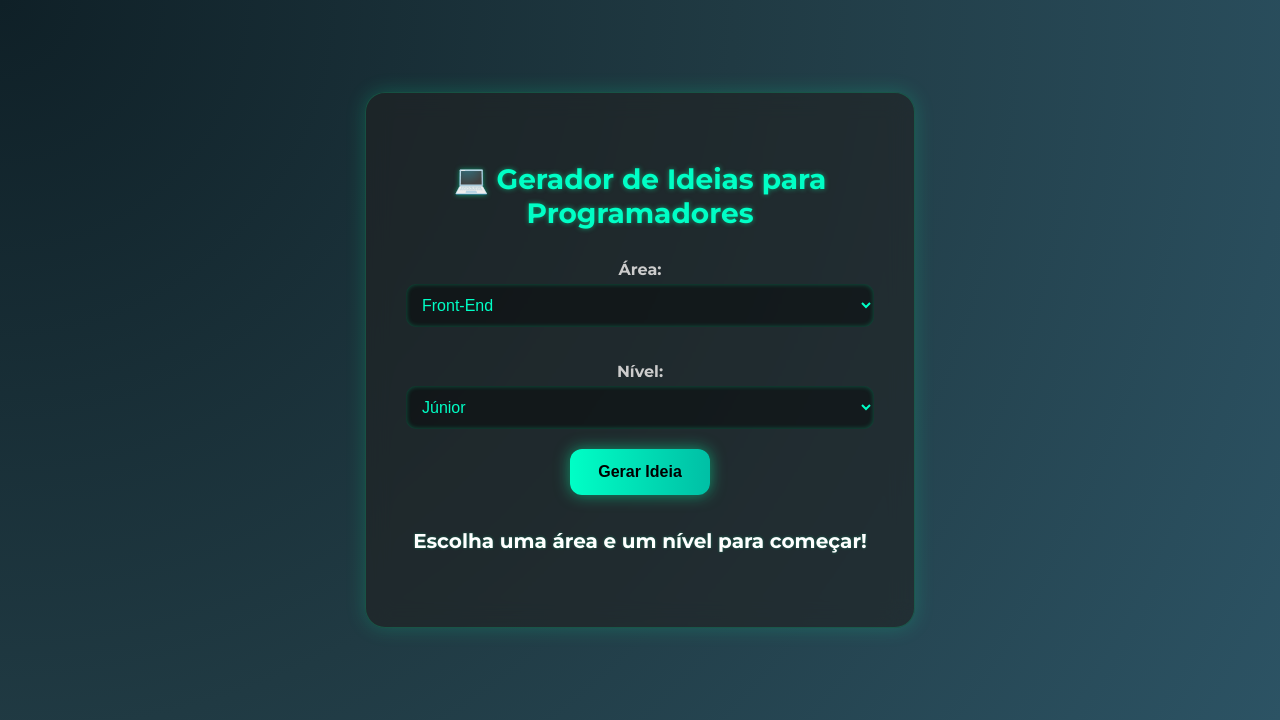
Repository: Wbyh7z/gerador-de-projeto
Page: index.html
An editor plug-in stored every save of this project. The page is shown before and after the next save, followed by the edit.
The browser window is 1280 px wide. The pictures show the whole page.

Above is the page before, as saved 2025-08-08 15:39:29.

### index.html
<!DOCTYPE html>
<html lang="pt-BR">
<head>
  <meta charset="UTF-8">
  <title>Gerador de Ideias para Devs</title>
  <link rel="stylesheet" href="style.css">
</head>
<body>
  <div class="container">
    <h1>💻 Gerador de Ideias para Programadores</h1>

    <label for="area">Área:</label>
    <select id="area">
      <option value="frontend">Front-End</option>
      <option value="backend">Back-End</option>
      <option value="fullstack">Full Stack</option>
    </select>

    <label for="nivel">Nível:</label>
    <select id="nivel">
      <option value="junior">Júnior</option>
      <option value="pleno">Pleno</option>
      <option value="senior">Sênior</option>
    </select>

    <button onclick="gerarIdeia()">Gerar Ideia</button>
    <p id="ideia">Escolha uma área e um nível para começar!</p>
  </div>

  <script src="script.js"></script>
</body>
</html>

### style.css
@import url('https://fonts.googleapis.com/css2?family=Montserrat:wght@400;700&display=swap');

* {
  box-sizing: border-box;
}

body {
  font-family: 'Montserrat', sans-serif;
  margin: 0;
  height: 100vh;
  display: flex;
  justify-content: center;
  align-items: center;
  background: radial-gradient(circle at top left, #0f2027, #203a43, #2c5364);
  color: #e0e0e0;
}

.container {
  background: rgba(32, 32, 32, 0.6);
  backdrop-filter: blur(12px);
  border-radius: 20px;
  padding: 50px 40px;
  box-shadow: 0 0 20px rgba(0, 255, 170, 0.2);
  text-align: center;
  max-width: 550px;
  width: 90%;
  transition: all 0.3s ease;
  border: 1px solid rgba(0, 255, 170, 0.2);
}

h1 {
  font-size: 28px;
  font-weight: 700;
  margin-bottom: 30px;
  color: #00ffc6;
  text-shadow: 0 0 5px rgba(0, 255, 170, 0.5);
}

label {
  display: block;
  margin: 15px 0 5px;
  font-weight: 600;
  font-size: 16px;
  color: #ccc;
}

select {
  width: 100%;
  padding: 12px;
  font-size: 16px;
  border-radius: 10px;
  border: none;
  margin-bottom: 20px;
  background-color: rgba(0, 0, 0, 0.4);
  color: #00ffc6;
  box-shadow: inset 0 0 5px rgba(0, 255, 170, 0.3);
  transition: background-color 0.3s ease;
}

select:focus {
  outline: none;
  background-color: rgba(0, 255, 170, 0.1);
}

button {
  padding: 14px 28px;
  font-size: 16px;
  font-weight: 700;
  background: linear-gradient(90deg, #00ffc6, #00bfa5);
  color: #000;
  border: none;
  border-radius: 12px;
  cursor: pointer;
  box-shadow: 0 0 15px rgba(0, 255, 170, 0.5);
  transition: transform 0.2s ease, box-shadow 0.3s ease;
}

button:hover {
  transform: scale(1.08);
  box-shadow: 0 0 25px rgba(0, 255, 170, 0.8);
}

#ideia {
  margin-top: 30px;
  font-size: 20px;
  font-weight: 600;
  line-height: 1.6;
  color: #fff;
  text-shadow: 0 0 3px rgba(0, 255, 170, 0.3);
}

### script.js
const ideias = {
  frontend: {
    junior: [
      "Página de portfólio com HTML/CSS/JS",
      "Landing page responsiva com animações",
      "Clone de uma página famosa (Netflix, Spotify)"
    ],
    pleno: [
      "Dashboard com gráficos usando Chart.js",
      "App com React e consumo de API pública",
      "Sistema de temas claro/escuro com localStorage"
    ],
    senior: [
      "SPA com React + Redux + autenticação OAuth",
      "Editor de texto online com funcionalidades avançadas",
      "Aplicativo PWA com cache offline e notificações push"
    ]
  },
  backend: {
    junior: [
      "API REST simples com Node.js e Express",
      "Sistema de cadastro com SQLite",
      "Gerador de senhas seguras via terminal"
    ],
    pleno: [
      "Autenticação com JWT e MongoDB",
      "Sistema de agendamento com Express e PostgreSQL",
      "API com testes automatizados usando Jest"
    ],
    senior: [
      "Microserviços com Docker, Kafka e PostgreSQL",
      "Sistema de filas com RabbitMQ",
      "Serviço de envio de e-mails com logs e monitoramento"
    ]
  },
  fullstack: {
    junior: [
      "To-do list com React no front e Express no back",
      "Blog com painel admin simples",
      "Sistema de login com validação básica"
    ],
    pleno: [
      "E-commerce com carrinho, login e banco de dados",
      "Plataforma de receitas com upload de imagens",
      "Sistema de comentários com moderação"
    ],
    senior: [
      "Plataforma de cursos com vídeos, pagamentos e painel admin",
      "Sistema de chat em tempo real com WebSocket",
      "Aplicativo completo com CI/CD e testes automatizados"
    ]
  }
};

function gerarIdeia() {
  const area = document.getElementById("area").value;
  const nivel = document.getElementById("nivel").value;

  const lista = ideias[area][nivel];
  const ideia = lista[Math.floor(Math.random() * lista.length)];

  document.getElementById("ideia").textContent = `💡 ${ideia}`;
}

After the next save:
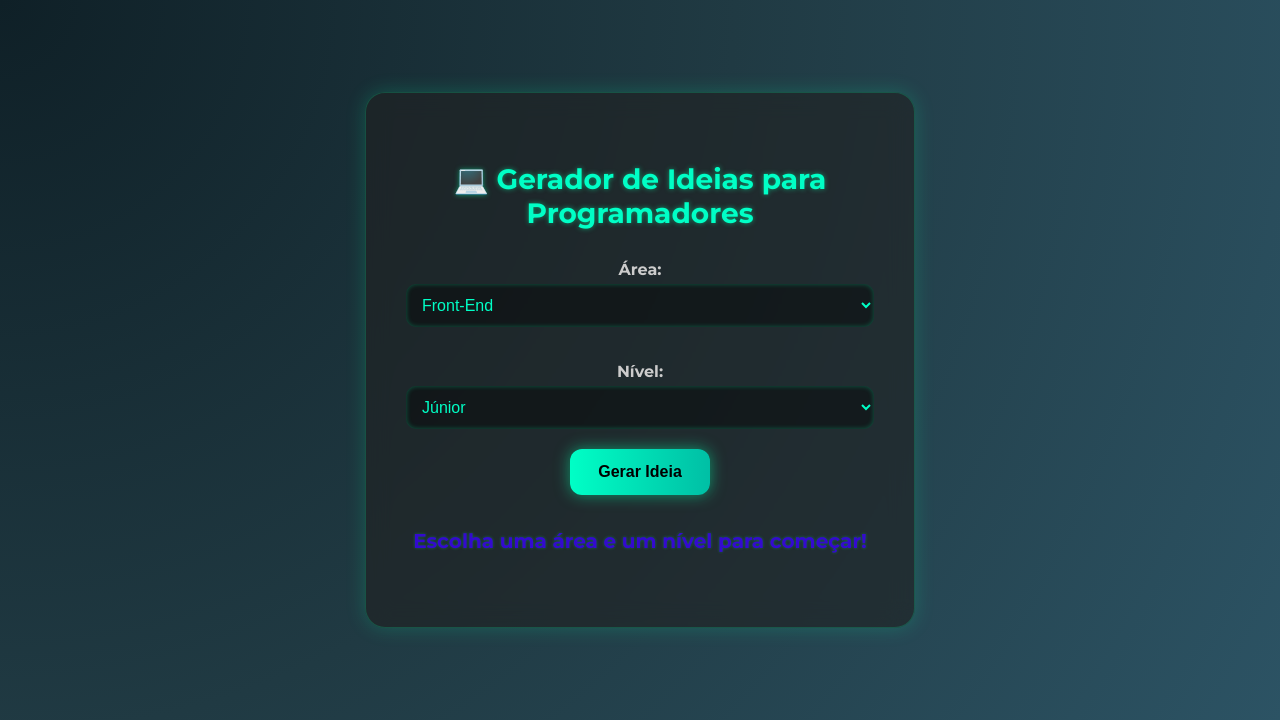
Saved 25 s later.
--- a/style.css
+++ b/style.css
@@ -85,6 +85,6 @@ button:hover {
   font-size: 20px;
   font-weight: 600;
   line-height: 1.6;
-  color: #fff;
+  color: #340acf;
   text-shadow: 0 0 3px rgba(0, 255, 170, 0.3);
 }
